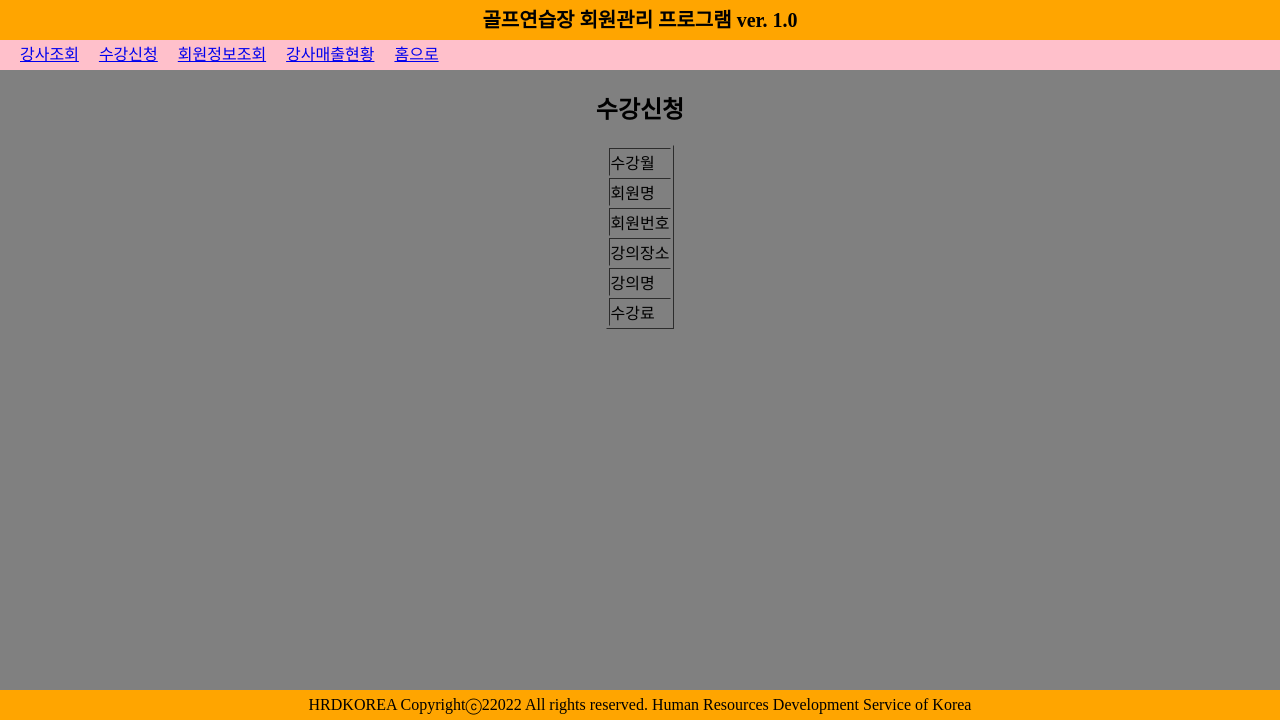
Repository: leesuyeon116/HRD_3
Page: http://localhost/HRD_0505/insert.jsp
An editor plug-in stored every save of this project. The page is shown before and after the next save, followed by the edit.
The browser window is 1280 px wide. The pictures show the whole page.
The page is served by Tomcat 9.

Above is the page before, as saved 2024-05-05 09:21:00.

### workspace/HRD_0505/src/main/webapp/insert.jsp
<%@ page language="java" contentType="text/html; charset=UTF-8"
    pageEncoding="UTF-8"%>
<!DOCTYPE html>
<html>
<head>
<meta charset="UTF-8">
<title>insert</title>
</head>
<body>
<jsp:include page="header.jsp"></jsp:include>
<section style="position: fixed; top: 70px; left: 0px; width: 100%; height: 100%; background-color: gray">
<h2 style="text-align: center">수강신청</h2>
	<form style="display: flex; align-items: center; justify-content: center">
		<table border="1">
			<tr>
				<td>수강월</td>
			</tr>
			<tr>
				<td>회원명</td>
			</tr>
			<tr>
				<td>회원번호</td>
			</tr>
			<tr>
				<td>강의장소</td>
			</tr>
			<tr>
				<td>강의명</td>
			</tr>
			<tr>
				<td>수강료</td>
			</tr>
		</table>
	</form>

</section>

<jsp:include page="footer.jsp"></jsp:include>
</body>
</html>

### workspace/HRD_0505/src/main/webapp/header.jsp
<%@ page language="java" contentType="text/html; charset=UTF-8"
    pageEncoding="UTF-8"%>
<!DOCTYPE html>
<html>
<head>
<meta charset="UTF-8">
<title>header</title>
</head>
<body>
<header style="position: fixed; top: 0px; left: 0px; width: 100%; height: 40px; line-height: 40px; background-color: orange;
	text-align: center; font-size: 20px">
<b>골프연습장 회원관리 프로그램 ver. 1.0</b>
</header>

<nav style="position: fixed; top: 40px; left: 0px; width: 100%; height: 30px; line-height: 30px; background-color: pink;
	padding-left: 20px">
	<a href="tlist.jsp">강사조회</a> &nbsp; &nbsp;
	<a href="insert.jsp">수강신청</a> &nbsp; &nbsp;
	<a href="mlist.jsp">회원정보조회</a> &nbsp; &nbsp;
	<a href="salary.jsp">강사매출현황</a> &nbsp; &nbsp;
	<a href="index.jsp">홈으로</a> &nbsp; &nbsp;
</nav>
</body>
</html>

### workspace/HRD_0505/src/main/webapp/footer.jsp
<%@ page language="java" contentType="text/html; charset=UTF-8"
    pageEncoding="UTF-8"%>
<!DOCTYPE html>
<html>
<head>
<meta charset="UTF-8">
<title>footer</title>
</head>
<body>
<footer style="position: fixed; bottom: 0px; left: 0px; width: 100%; height: 30px; line-height: 30px; background-color: orange;
	text-align: center">
	HRDKOREA Copyrightⓒ22022 All rights reserved. Human Resources Development Service of Korea
</footer>
</body>
</html>

After the next save:
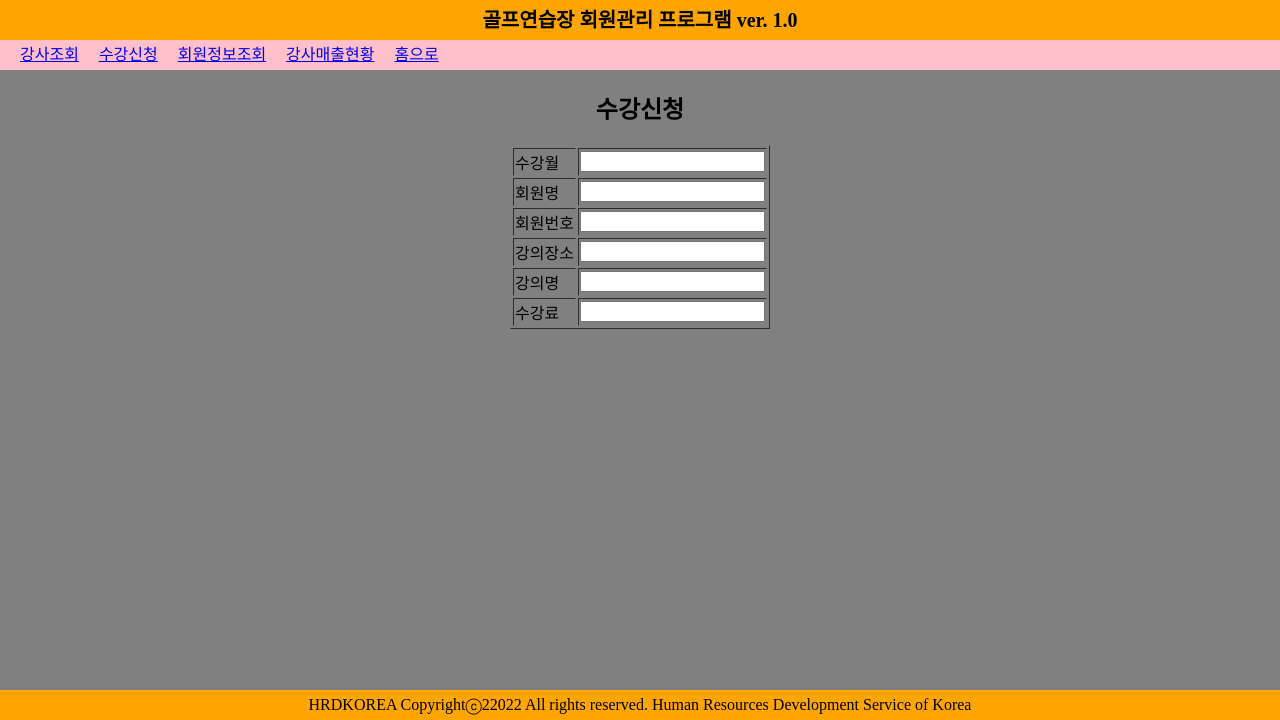
Saved 2 min 45 s later.
--- a/workspace/HRD_0505/src/main/webapp/insert.jsp
+++ b/workspace/HRD_0505/src/main/webapp/insert.jsp
@@ -14,21 +14,27 @@
 		<table border="1">
 			<tr>
 				<td>수강월</td>
+				<td><input type="text" name="regist_month"></td>
 			</tr>
 			<tr>
 				<td>회원명</td>
+				<td><input type="text" name="c_name"></td>
 			</tr>
 			<tr>
 				<td>회원번호</td>
+				<td><input type="text" name="c_no"></td>
 			</tr>
 			<tr>
 				<td>강의장소</td>
+				<td><input type="text" name="class_area"></td>
 			</tr>
 			<tr>
 				<td>강의명</td>
+				<td><input type="text" name="class_name"></td>
 			</tr>
 			<tr>
 				<td>수강료</td>
+				<td><input type="text" name="class_price"></td>
 			</tr>
 		</table>
 	</form>
